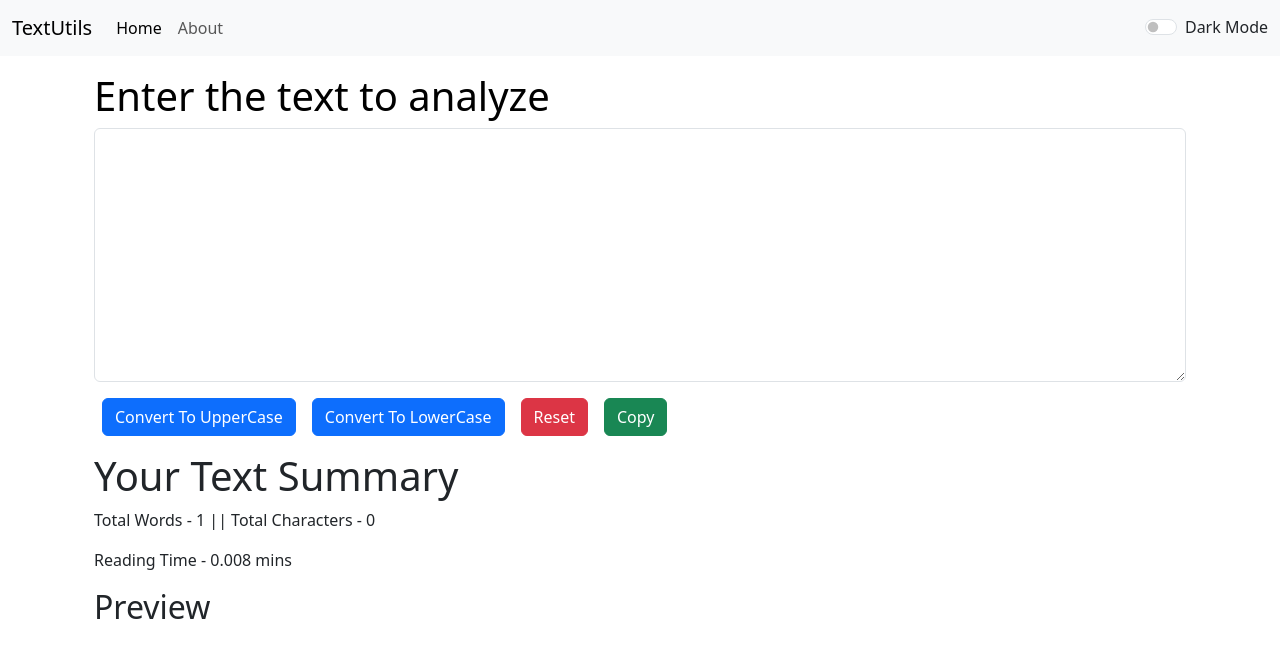
Repository: Rohit-foryou/Text-Utils
Page: /
These files come from the project's save history. The page is drawn as it stood at one moment and after the next save; the edit follows.
The browser window is 1280 px wide. The pictures show the whole page.
The project was rebuilt for these pictures with package versions that can differ from the ones it lists, and the page was loaded fresh each time. Also part of the build but not shown: src/index.css, src/App.css.

Above is the page before, as saved 2023-12-21 14:15:25.

### public/index.html
<!DOCTYPE html>
<html lang="en">
  <head>
    <meta charset="utf-8" />
    <link rel="icon" href="%PUBLIC_URL%/favicon.ico" />
    <meta name="viewport" content="width=device-width, initial-scale=1" />
    <meta name="theme-color" content="#000000" />
    <meta
      name="description"
      content="Web site created using create-react-app"
    />
    <link rel="apple-touch-icon" href="%PUBLIC_URL%/logo192.png" />
    <link rel="manifest" href="%PUBLIC_URL%/manifest.json" />

    <!-- Bootstrap CSS -->
    <link href="https://cdn.jsdelivr.net/npm/bootstrap@5.3.2/dist/css/bootstrap.min.css" rel="stylesheet" integrity="sha384-T3c6CoIi6uLrA9TneNEoa7RxnatzjcDSCmG1MXxSR1GAsXEV/Dwwykc2MPK8M2HN" crossorigin="anonymous">

    <title>React App</title>
  </head>
  <body>
    <noscript>You need to enable JavaScript to run this app.</noscript>
    <div id="root"></div>

    <script src="https://cdn.jsdelivr.net/npm/bootstrap@5.3.2/dist/js/bootstrap.bundle.min.js" integrity="sha384-C6RzsynM9kWDrMNeT87bh95OGNyZPhcTNXj1NW7RuBCsyN/o0jlpcV8Qyq46cDfL" crossorigin="anonymous"></script>
  </body>
</html>

### src/App.js
import "./App.css";
// import About from "./components/About";
import Navbar from "./components/Navbar";
import TextForm from "./components/TextForm";
import React, {useState} from "react";


function App() {
  const [mode, setMode] = useState('light');
  const toggleMode = ()=>{
      if(mode === 'light'){
        setMode('dark');
        document.body.style.backgroundColor = 'grey';
      }
      else{
        setMode('light');
        document.body.style.backgroundColor = 'black';
      }
  }
  return (
    <>
      <Navbar title = "TextUtils" aboutText = "About" mode={mode} toggleMode = {toggleMode}/>
      <div className="container my-3">
      <TextForm heading = "Enter the text to analyze"/>
      {/* <About/> */}
      </div>
    </>
  );
}

export default App;

### src/components/Navbar.js
import React from 'react'
import PropTypes from 'prop-types'


export default function Navbar(props) {
  return (
    <nav className={`navbar navbar-expand-lg navbar-${props.mode} bg-${props.mode}`}>
        <div className="container-fluid">
          <a className="navbar-brand" href="/">{props.title}</a>
          <button className="navbar-toggler" type="button" data-bs-toggle="collapse" data-bs-target="#navbarSupportedContent" aria-controls="navbarSupportedContent" aria-expanded="false" aria-label="Toggle navigation">
            <span className="navbar-toggler-icon"></span>
          </button>
          <div className="collapse navbar-collapse" id="navbarSupportedContent">
            <ul className="navbar-nav me-auto mb-2 mb-lg-0">
              <li className="nav-item">
                <a className="nav-link active" aria-current="page" href="/">Home</a>
              </li>
              <li className="nav-item">
                <a className="nav-link" href="/">{props.aboutText}</a>
              </li>
            </ul>
            {/* <form className="d-flex" role="search">
              <input className="form-control me-2" type="search" placeholder="Search" aria-label="Search"/>
              <button className="btn btn-primary" type="submit">Search</button>
            </form> */}
              <div className={`form-check form-switch text-${props.mode==='light'?'dark':'light'}`}>
              <input className="form-check-input" onClick={props.toggleMode} type="checkbox" role="switch" id="flexSwitchCheckDefault"/>
              <label className="form-check-label" htmlFor="flexSwitchCheckDefault">Dark Mode</label>
            </div>
          </div>
        </div>
      </nav>
  )
}

Navbar.propTypes = {title: PropTypes.string.isRequired,
                     AboutText: PropTypes.string}

// Navbar.defaultProps = {
//     title: 'write title',
//     aboutText: 'About',
// }

### src/components/TextForm.js
import React, {useState} from 'react'


export default function TextForm(props) {
  const handleUpClick = ()=>{
      // console.log("uppercase is clicked" + text)
      let newText =  text.toUpperCase();
      setText(newText)
  }
  const handleLowClick = ()=>{
      let newText =  text.toLowerCase();
      setText(newText)
  }
  const handleClearClick = ()=>{
      let newText =  '';
      setText(newText)
  }
  const handleCopyClick = () => {
    var text = document.getElementById("myBox");
    text.select();
    navigator.clipboard.writeText(text.value)
  };
  const handleOnChange = (event)=>{
      // console.log("On change")
      setText(event.target.value)
  }
  const [text, setText] = useState('');
  return (
    <>
    <div className='container' style={{color: props.mode==='dark'?'white':'black'}}>
        <h1>{props.heading}</h1>
        <div className="mb-3">
        <textarea className="form-control" value = {text} onChange={handleOnChange} style={{backgroundColor: props.mode==='dark'?'grey':'white'}} id="myBox" rows="10"></textarea>
        </div>
        <button className="btn btn-primary


        mx-2" onClick={handleUpClick}>Convert To UpperCase</button>
        <button className="btn btn-primary


        mx-2" onClick={handleLowClick}>Convert To LowerCase</button>
        <button className="btn btn-danger mx-2" onClick={handleClearClick}>Reset</button>
        <button className="btn btn-success mx-2" onClick={handleCopyClick}>Copy</button>
    </div>
    <div className="container my-3">
      <h1>Your Text Summary</h1>
      <p>Total Words - {text.split(" ").length} ||  Total Characters - {text.length}</p>
      <p>Reading Time - {0.008*text.split(" ").length} mins  </p>
      <h2>Preview</h2>
      <p>{text}</p>
    </div>
    </>
  )
}

Loaded but not shown: src/index.js (common file); src/reportWebVitals.js (common file)

After the next save:
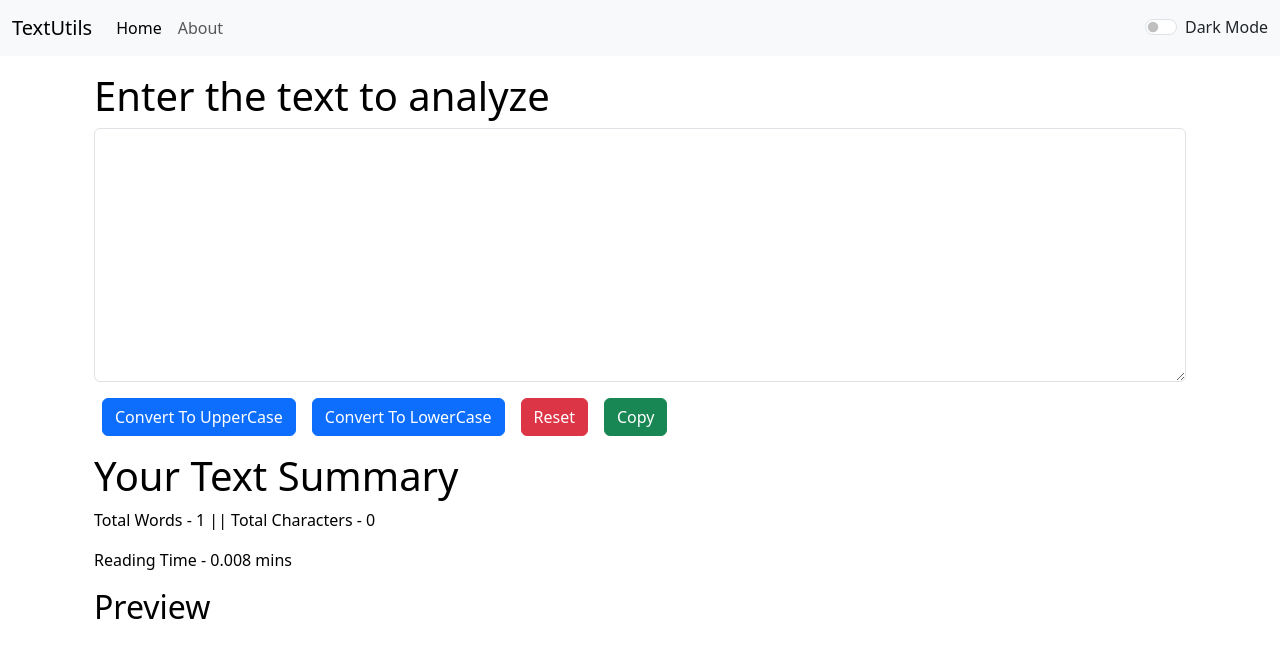
Saved 50 s later.
--- a/src/components/TextForm.js
+++ b/src/components/TextForm.js
@@ -43,7 +43,7 @@ export default function TextForm(props) {
         <button className="btn btn-danger mx-2" onClick={handleClearClick}>Reset</button>
         <button className="btn btn-success mx-2" onClick={handleCopyClick}>Copy</button>
     </div>
-    <div className="container my-3">
+    <div className="container my-3" style={{color: props.mode==='dark'?'white':'black'}}>
       <h1>Your Text Summary</h1>
       <p>Total Words - {text.split(" ").length} ||  Total Characters - {text.length}</p>
       <p>Reading Time - {0.008*text.split(" ").length} mins  </p>
